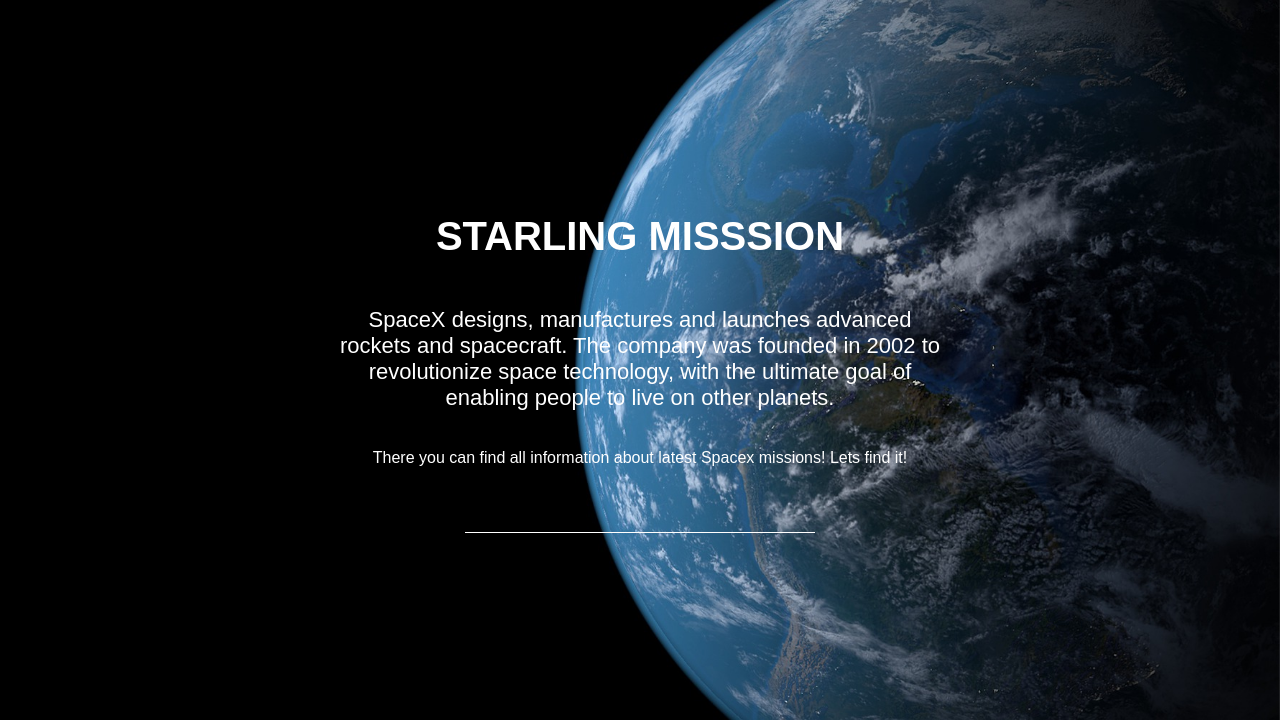
Repository: PJasiczek/vue-shop
Page: /
An editor plug-in stored every save of this project. The page is shown before and after the next save, followed by the edit.
The browser window is 1280 px wide. The pictures show the whole page.
Some web fonts or font styles are not loaded; a fallback is used. The project was rebuilt for these pictures with package versions that can differ from the ones it lists, and the page was loaded fresh each time.

Above is the page before, as saved 2020-04-06 17:25:58.

### src/App.vue
<template>
  <div class="wrapper">
    <BackgroundImage/>
    <Claim/>
    <SearchInput/>
  </div>
</template>

<script>

import debounce from 'lodash/debounce';

import Claim from '@/components/Claim.vue';

import SearchInput from '@/components/SearchInput.vue';

import BackgroundImage from '@/components/BackgroundImage.vue';

const axios = require('axios');

const API = 'https://api.spacexdata.com/v3/launches?rocket_name=';

export default {
  name: 'Search',
  components: {
    Claim, SearchInput, BackgroundImage,
  },
  data() {
    return {
      searchValue: '',
      results: [],
    };
  },
  methods: {
    // eslint-disable-next-line
    handleInput: debounce(function() {
      axios.get(`${API}${this.searchValue}`)
        .then((response) => {
          this.results = response.data;
          console.log(response.data);
        }).catch((error) => {
          console.log(error);
        });
    }, 500),
  },
};
</script>

<style lang="scss">
  @import url('https://fonts.googleapis.com/css2?family=Baloo+Thambi+2:wght@400;500;600;700;800&display=swap');
  *{
    box-sizing: border-box;
  }

  body{
    margin: 0;
    padding: 0;
    font-family: 'Baloo Thambi 2', sans-serif;
  }
  .wrapper{
    display: flex;
    width: 100%;
    min-height: 100vh;
    flex-direction: column;
    justify-content: center;
    align-items: center;
    margin: 0;
    padding: 30px;
  }

</style>

### src/components/Claim.vue
<template>
  <div class="claimWrapper">
      <h1 class="claim">STARLING MISSSION</h1>
      <p class="subclaim">SpaceX designs, manufactures and launches advanced rockets and spacecraft. The company was founded in 2002 to revolutionize space technology, with the ultimate goal of enabling people to live on other planets.</p>
      <p class="subclaim">There you can find all information about latest Spacex missions! Lets find it!</p>
  </div>
</template>

<script>
/* eslint-disable eol-last */
export default {
  name: 'Claim',
};
</script>
<style lang="scss" scoped>
.claimWrapper{
    display: flex;
    width: 50%;
    flex-direction: column;
    justify-content: center;
    align-items: center;
    color: #ffffff;
    text-align: center;

    .claim{
        font-size: 40px;
    }

    .subclaim:first-of-type{
        font-size: 20px;
    }

    .subclaim:nth-last-of-type(2){
        font-size: 22px;
    }
}

</style>

### src/components/SearchInput.vue
<template>
    <div class="searchWrapper">
      <input id="search" name="search" v-model="searchValue" @input="handleInput"/>
    </div>
</template>

<script>
/* eslint-disable eol-last */
export default {
  name: 'SearchInput',
};
</script>

<style lang="scss" scoped>
.searchWrapper{
  display: flex;
  flex-direction: column;
  align-items: center;

  input{
    height: 50px;
    width: 350px;
    border: 0;
    text-align: center;
    color: #ffffff;
    font-size: 18px;
    font-family: 'Baloo Thambi 2', sans-serif;
    border-bottom: 1px solid #ffffff;
    background: none;
    transition: width 0.25s ease-in-out;
  }

  input:focus{
      outline: none;
      width: 450px;
  }
}
</style>

### src/components/BackgroundImage.vue
<template>
  <div class="backgroudImage"/>
</template>

<script>
/* eslint-disable eol-last */
export default {
  name: 'BackgroudImage',
};
</script>
<style lang="scss" scoped>
.backgroudImage{
    position: fixed;
    top: 0;
    z-index: -1;
    width: 100%;
    height: 100vh;
    background: url('../assets/4.jpg');
    background-repeat: no-repeat;
    background-size: cover;
}

</style>

Loaded but not shown: public/index.html (common file); src/main.js (common file)

After the next save:
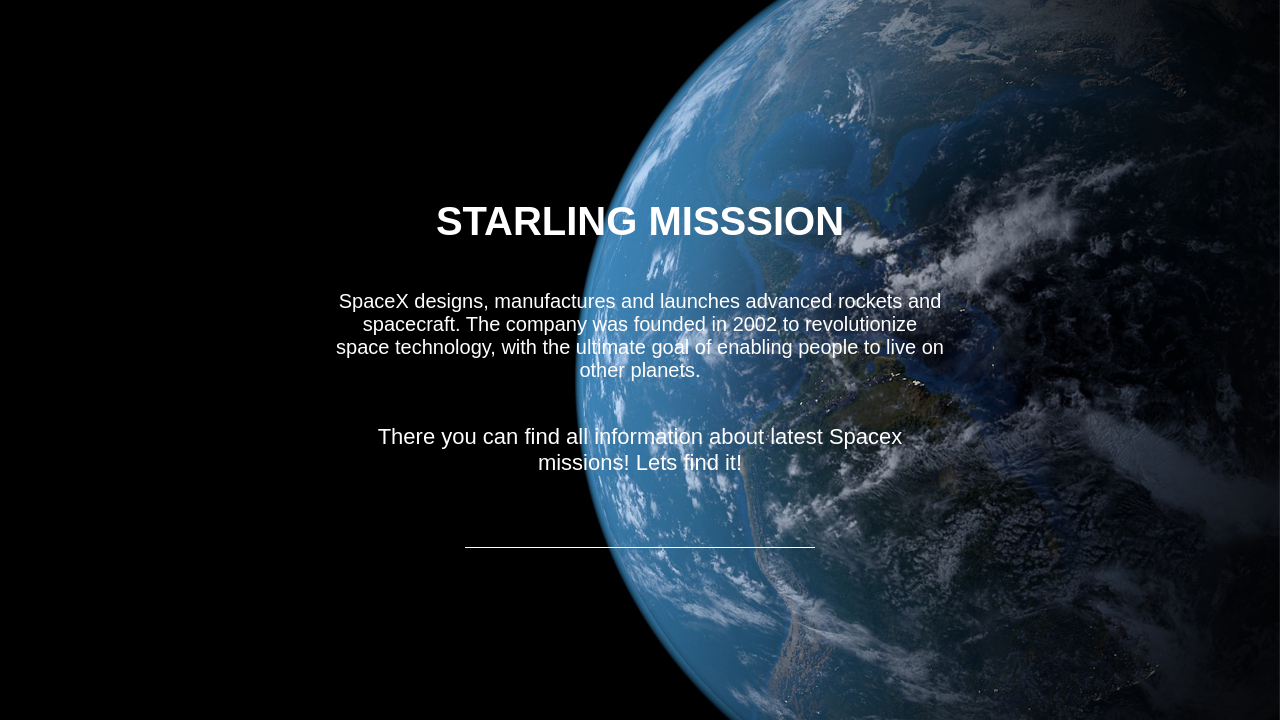
Saved 10 s later.
--- a/src/components/Claim.vue
+++ b/src/components/Claim.vue
@@ -30,7 +30,7 @@
         font-size: 20px;
     }
 
-    .subclaim:nth-last-of-type(2){
+    .subclaim:last-of-type{
         font-size: 22px;
     }
 }
